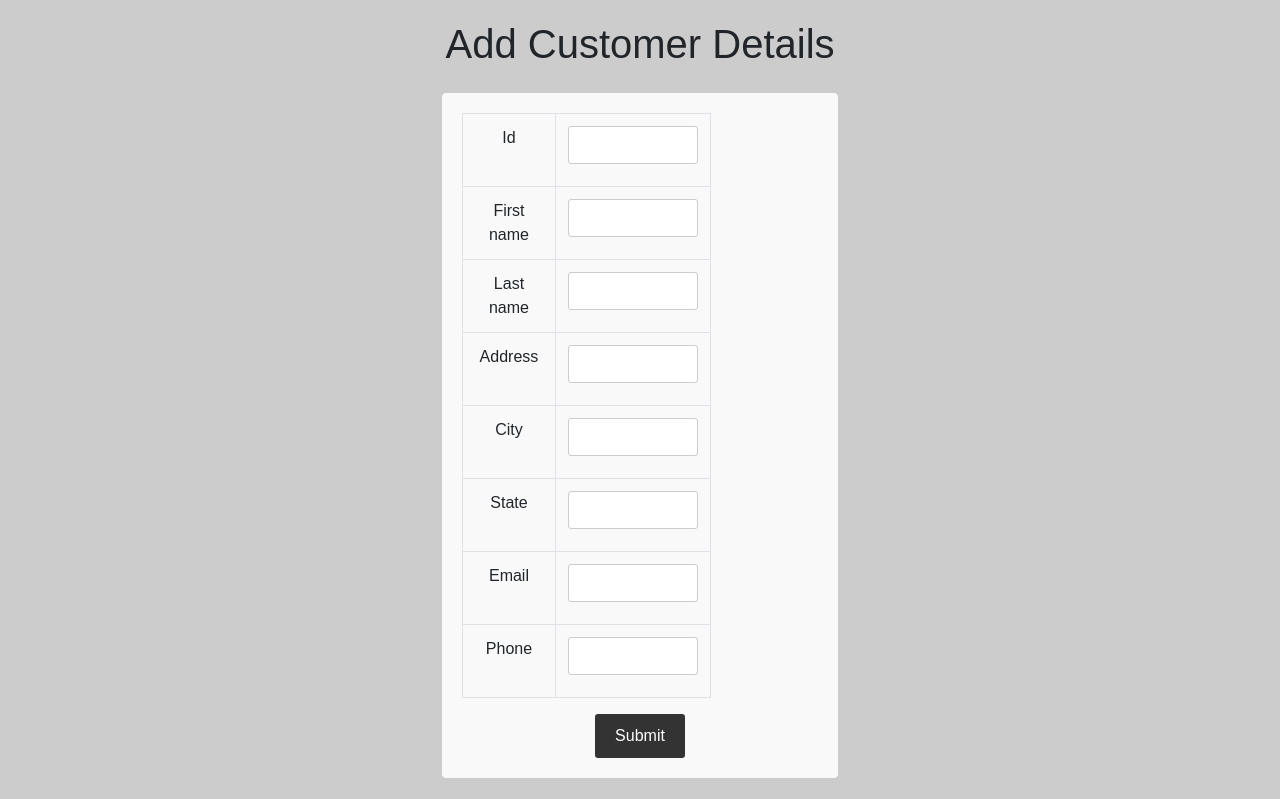
Repository: Shamanth-S/Customer-management
Page: User Management/src/main/webapp/add.html
These files come from the project's save history. The page is drawn as it stood at one moment and after the next save; the edit follows.
The browser window is 1280 px wide. The pictures show the whole page.

Above is the page before, as saved 2023-09-07 09:35:57.

After the next save:
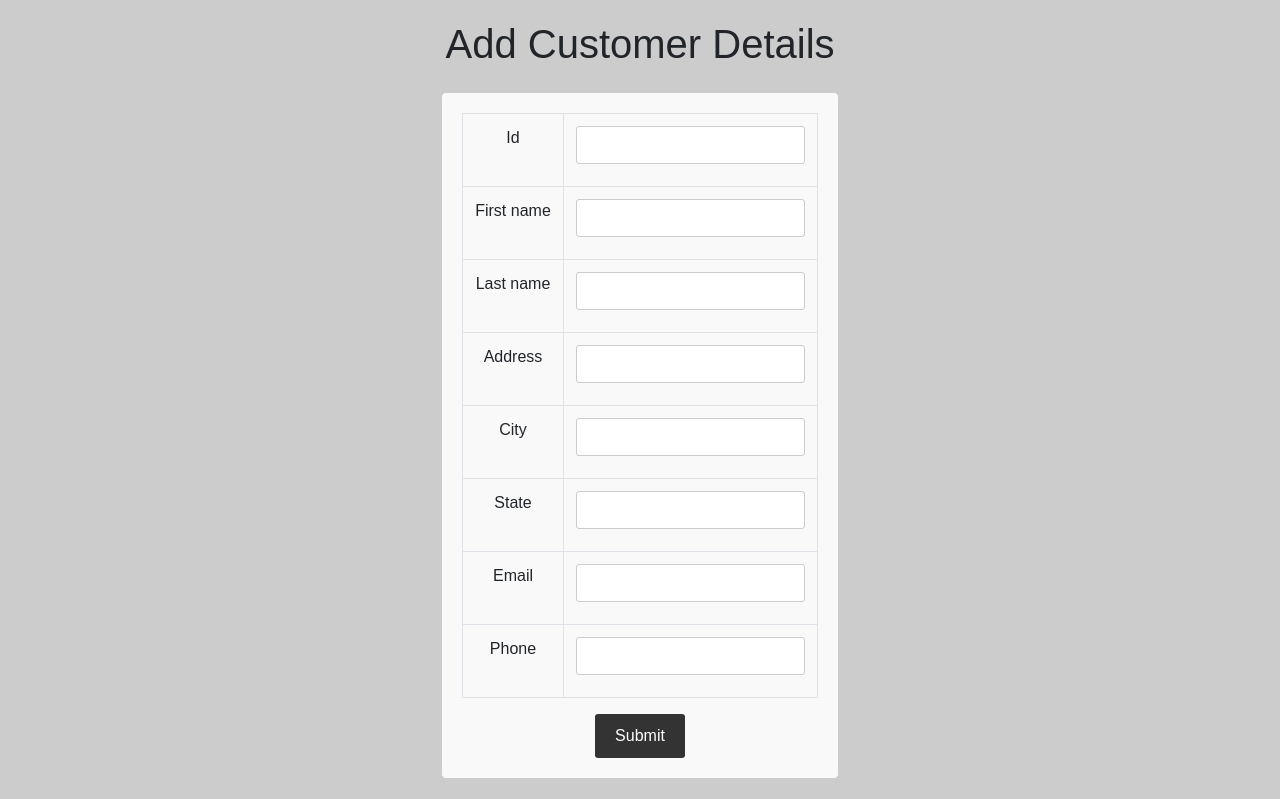
Saved 15 s later.
--- a/User Management/src/main/webapp/add.html
+++ b/User Management/src/main/webapp/add.html
@@ -10,8 +10,7 @@
     <div>
         <h1 class="text-center mb-4">Add Customer Details</h1>
         <form method="POST" action="Customer" class="text-center">
-        <div class = "table-container">
-        	<table class="table table-bordered">
+            <table class="table table-bordered">
                 <tr>
                     <td>Id</td>
                     <td><input type="text" class="form-control" name="id" id="id" required></td>
@@ -52,8 +51,6 @@
                     <td><input type="text" class="form-control" name="phone" id="phone"></td>
                 </tr>
             </table>
-        </div>
-
             <div class="text-center">
                 <input type="submit" class="btn btn-primary" value="Submit">
             </div>
